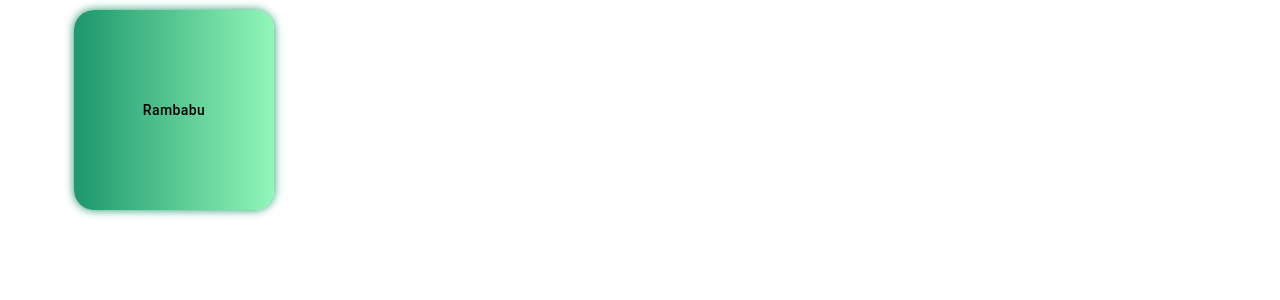
Repository: lokeshHappiest/reactjs-hm-template
Page: / (app in hm-react-template/)
These files come from the project's save history. The page is drawn as it stood at one moment and after the next save; the edit follows.
The browser window is 1280 px wide. The pictures show the whole page.
The project was rebuilt for these pictures with package versions that can differ from the ones it lists, and the page was loaded fresh each time. Requests to the local data server were answered from the project's data file. Also part of the build but not shown: hm-react-template/src/styles/styles.js, hm-react-template/src/components/SButton.jsx.

Above is the page before, as saved 2021-12-23 18:20:35.

After the next save:
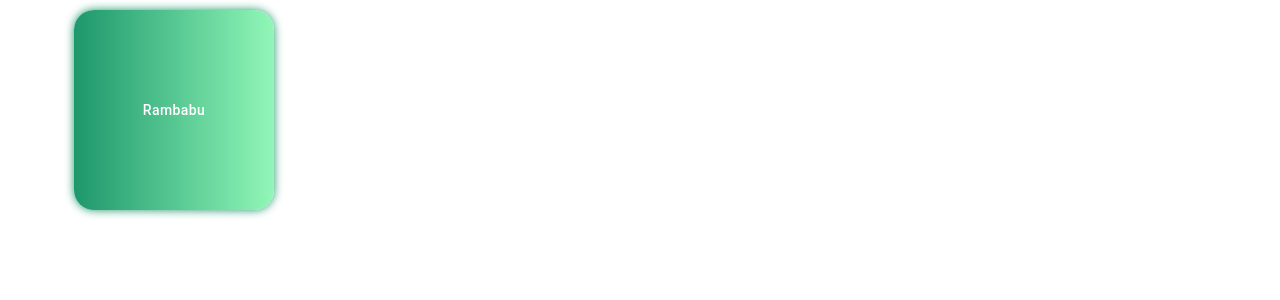
Saved 55 s later.
--- a/hm-react-template/src/App.js
+++ b/hm-react-template/src/App.js
@@ -10,7 +10,7 @@ export default function App() {
 
   return (
     <Container>
-      <SCard color="black" width={200} height={200} title="Rambabu" />
+      <SCard color="white" width={200} height={200} title="Rambabu" />
     </Container>
     // <div>
     //   {isPending && <div>Loading...</div>}
